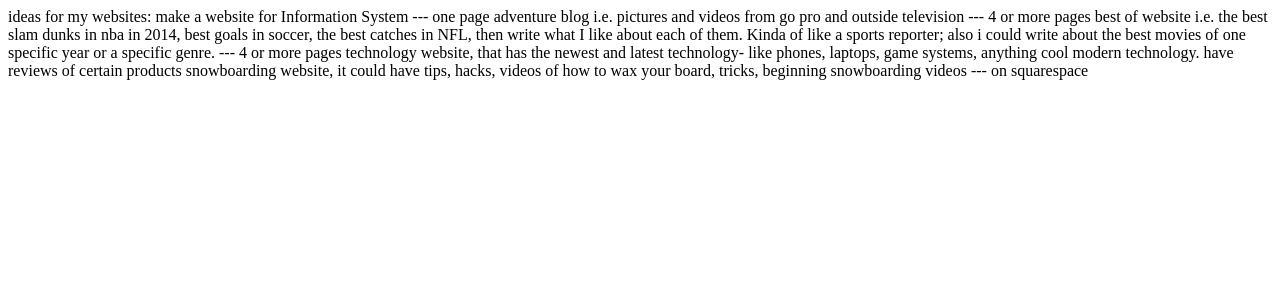
Repository: calebwr/My-Websites
Page: ideas.html
The author's editor kept a record of every edit. The page is drawn from the files as they stood at one moment, then again after the next edit.
The browser window is 1280 px wide. The pictures show the whole page.

Above is the page before.

### ideas.html
<!doctype HTML>
ideas for my websites:

make a website for Information System  --- one page<working total hours= done>

adventure blog i.e. pictures and videos from go pro and outside television  --- 4 or more pages <working total hours= done>

best of website i.e. the best slam dunks in nba in 2014, best goals in soccer,
the best catches in NFL, then write what I like about each of them. Kinda of  <working total hours= >
like a sports reporter; also i could write about the best movies of one specific
year or a specific genre.   --- 4 or more pages

technology website, that has the newest and latest technology- like phones,
laptops, game systems, anything cool modern technology. have reviews of certain  <working total hours= >
products

snowboarding website, it could have tips, hacks, videos of how to wax your board,<working total hours= >
tricks, beginning snowboarding videos   ---  on squarespace

After the next edit:
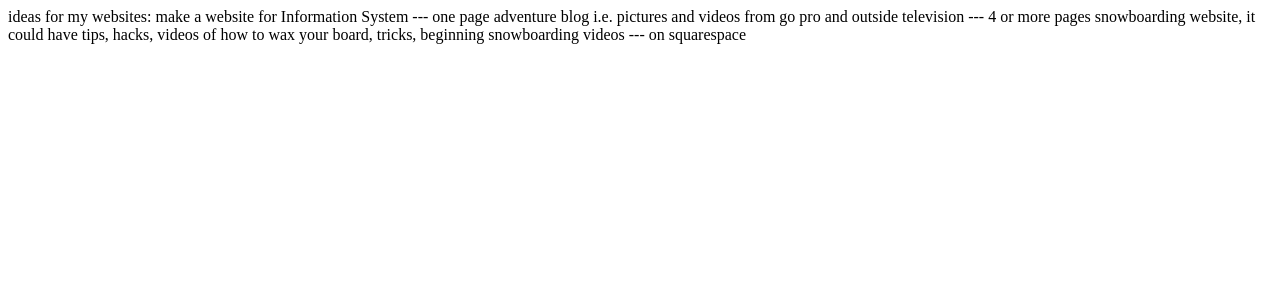
The edit:
--- a/ideas.html
+++ b/ideas.html
@@ -5,14 +5,5 @@
 
 adventure blog i.e. pictures and videos from go pro and outside television  --- 4 or more pages <working total hours= done>
 
-best of website i.e. the best slam dunks in nba in 2014, best goals in soccer,
-the best catches in NFL, then write what I like about each of them. Kinda of  <working total hours= >
-like a sports reporter; also i could write about the best movies of one specific
-year or a specific genre.   --- 4 or more pages
-
-technology website, that has the newest and latest technology- like phones,
-laptops, game systems, anything cool modern technology. have reviews of certain  <working total hours= >
-products
-
 snowboarding website, it could have tips, hacks, videos of how to wax your board,<working total hours= >
 tricks, beginning snowboarding videos   ---  on squarespace
